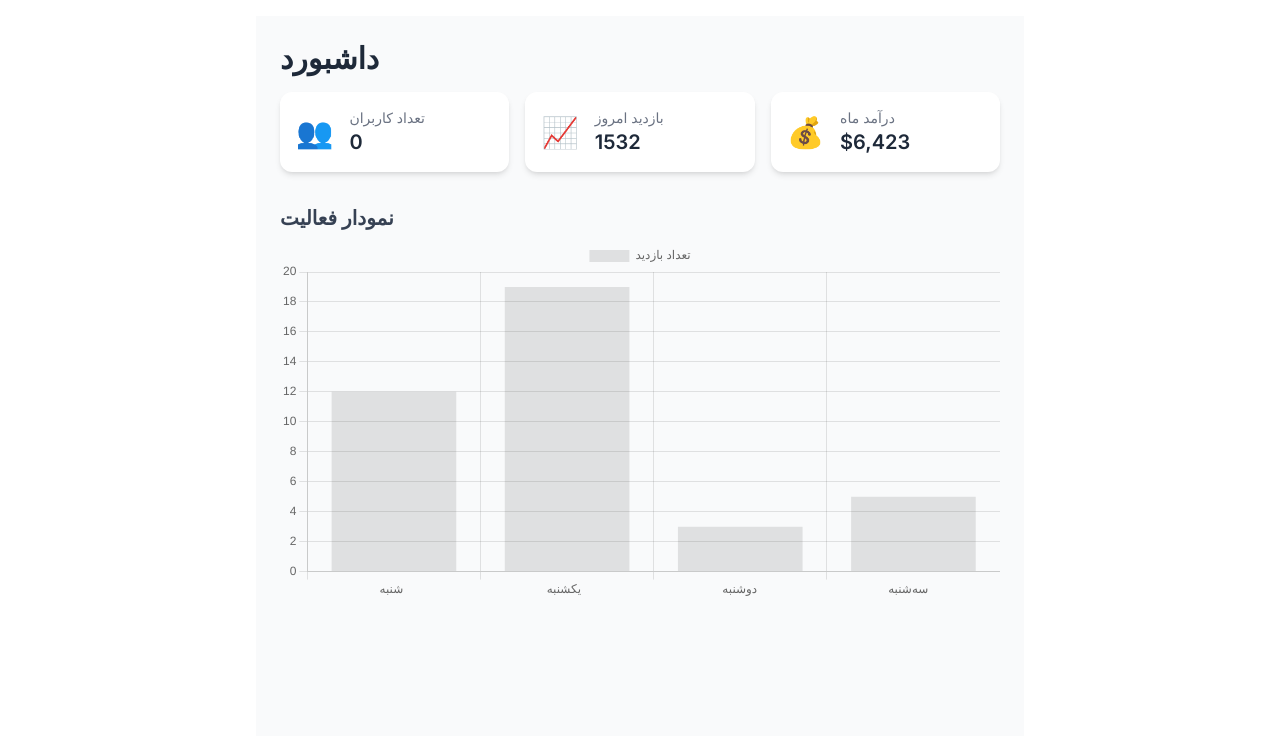
Repository: madmaxmehdi44/location-server
Page: /dashboard
An editor plug-in stored every save of this project. The page is shown before and after a run of saves, followed by the edit.
The browser window is 1280 px wide. The pictures show the whole page.
The page's requests for data from a server got no answer. The project was rebuilt for these pictures with package versions that can differ from the ones it lists, and the page was loaded fresh each time. The framework's server and built-in components were replaced by stand-ins that run in the browser. No one was signed in, and anything a server would have sent is missing. Also part of the build but not shown: next.config.ts.

Above is the page before, as saved 2025-08-09 04:31:13.

After the next 3 saves:
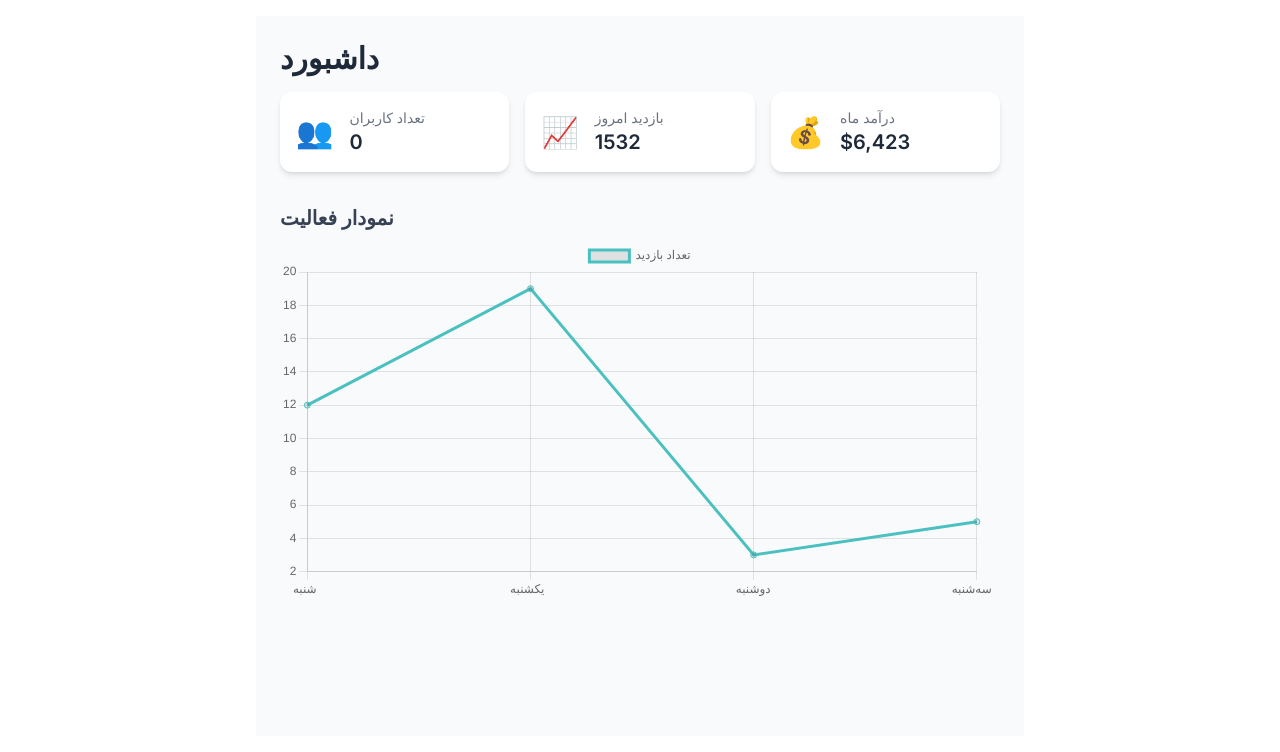
The 3 saves are shown as one change because they came seconds apart.
The last was saved 17 s later.
--- a/app/components/ChartComponent.tsx
+++ b/app/components/ChartComponent.tsx
@@ -15,7 +15,7 @@ export default function ChartComponent() {
         }
 
         const config: ChartConfiguration = {
-            type: 'bar',
+            type: 'line',
             data: {
                 labels: ['شنبه', 'یکشنبه', 'دوشنبه', 'سه‌شنبه'],
                 datasets: [
